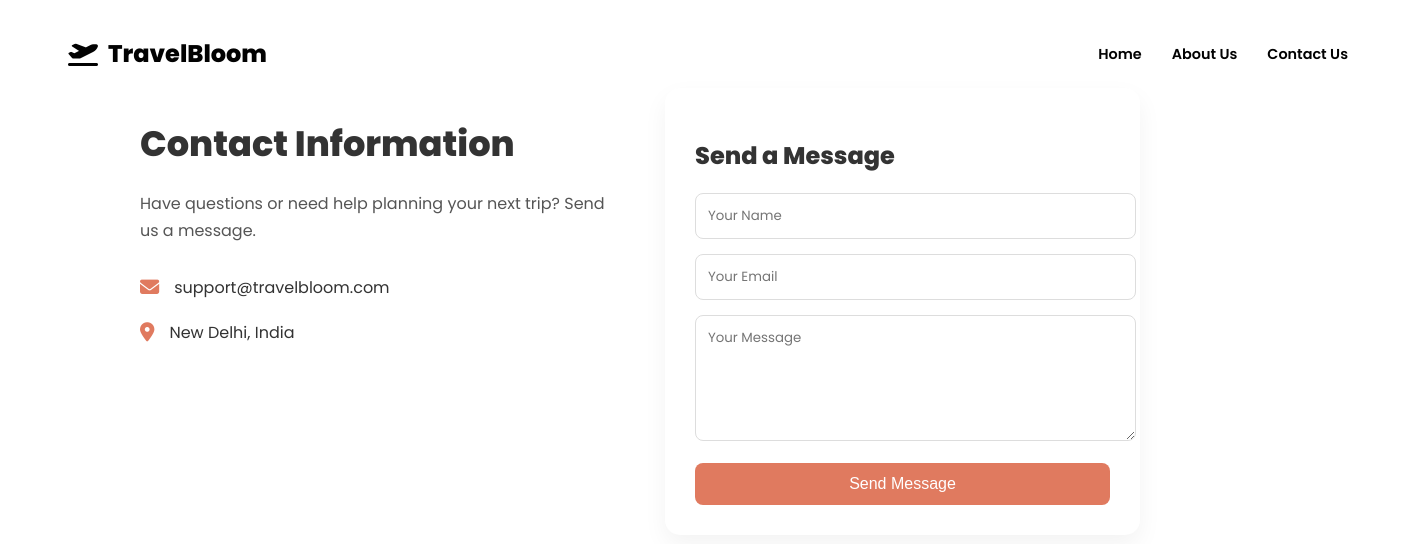
Repository: LatikaAdhikari064/TravelBloom_Project
Page: contact.html
These files come from the project's save history. The page is drawn as it stood at one moment and after a run of saves; the edit follows.
The browser window is 1280 px wide. The page is 1408 px wide, then 1280 px, so the pictures cover 1408 px, including what lies to the right of the window. The pictures show the whole page.

Above is the page before, as saved 2026-01-08 20:56:30.

### contact.html
<!DOCTYPE html>
<html lang="en">
<head>
    <meta charset="UTF-8">
    <meta name="viewport" content="width=device-width, initial-scale=1.0">
    <title>Contact Us - TravelBloom</title>

    <!-- Fonts & Icons -->
    <link href="https://fonts.googleapis.com/css2?family=Poppins:wght@300;400;600;800&display=swap" rel="stylesheet">
    <link rel="stylesheet" href="https://cdnjs.cloudflare.com/ajax/libs/font-awesome/6.4.0/css/all.min.css">

    <!-- CSS -->
    <link rel="stylesheet" href="contact.css">
</head>
<body>

    <nav class="navbar">
        <div class="logo">
            <i class="fas fa-plane-departure"></i> TravelBloom
        </div>
        <ul class="nav-links">
            <li><a href="/">Home</a></li>
            <li><a href="about.html">About Us</a></li>
            <li><a href="contact.html">Contact Us</a></li>
        </ul>
    </nav>
    <!-- CONTACT SECTION -->
    <section class="contact-section">
        <div class="contact-container">

            <!-- INFO -->
            <div class="contact-info">
                <h2>Contact Information</h2>
                <p>Have questions or need help planning your next trip? Send us a message.</p>

                <div class="info-item">
                    <i class="fas fa-envelope"></i>
                    <span>support@travelbloom.com</span>
                </div>

                <div class="info-item">
                    <i class="fas fa-map-marker-alt"></i>
                    <span>New Delhi, India</span>
                </div>
            </div>

            <!-- FORM -->
            <form class="contact-form">
                <h2>Send a Message</h2>

                <input type="text" placeholder="Your Name" required>
                <input type="email" placeholder="Your Email" required>
                <textarea placeholder="Your Message" rows="5" required></textarea>

                <button type="submit">Send Message</button>
            </form>

        </div>
    </section>

</body>
</html>

### contact.css
/* --- CONTACT PAGE STYLES --- */

body {
    font-family: 'Poppins', sans-serif;
}
/* --- Navigation Bar --- */
.navbar {
    position: absolute; /* Sits transparently over the hero image */
    top: 0;
    width: 100%;
    display: flex;
    justify-content: space-between;
    align-items: center;
    padding: 25px 60px;
    z-index: 100; /* Ensures nav is above everything */
    color: rgb(2, 2, 2);
}

.logo {
    font-size: 1.5rem;
    font-weight: 800;
    display: flex;
    align-items: center;
    gap: 10px;
}

.nav-links {
    list-style: none;
    display: flex;
    gap: 30px;
}

.nav-links a {
    text-decoration: none;
    color: rgb(2, 2, 2);
    font-weight: 600;
    font-size: 0.9rem;
    transition: color 0.3s ease;
}

.nav-links a:hover {
    color: #E07A5F; /* Coral accent color */
}

.contact-hero h1 {
    font-size: 3rem;
    font-weight: 800;
}

.contact-hero p {
    font-size: 1.1rem;
    opacity: 0.9;
}

/* SECTION */
.contact-section {
    padding: 80px 20px;
    background:white;
}

.contact-container {
    max-width: 1000px;
    margin: auto;
    display: grid;
    grid-template-columns: 1fr 1fr;
    gap: 50px;
}

/* INFO */
.contact-info h2 {
    font-size: 2.2rem;
    margin-bottom: 20px;
    color: #333;
}

.contact-info p {
    color: #555;
    margin-bottom: 30px;
    line-height: 1.7;
}

.info-item {
    display: flex;
    align-items: center;
    gap: 15px;
    margin-bottom: 20px;
    color: #333;
}

.info-item i {
    color: #E07A5F;
    font-size: 1.2rem;
}

/* FORM */
.contact-form {
    background: white;
    padding: 30px;
    border-radius: 15px;
    box-shadow: 0 10px 25px rgba(0,0,0,0.05);
}

.contact-form h2 {
    margin-bottom: 20px;
    color: #333;
}

.contact-form input,
.contact-form textarea {
    width: 100%;
    padding: 12px;
    margin-bottom: 15px;
    border-radius: 8px;
    border: 1px solid #ddd;
    font-family: inherit;
}

.contact-form input:focus,
.contact-form textarea:focus {
    outline: none;
    border-color: #E07A5F;
}

.contact-form button {
    width: 100%;
    padding: 12px;
    background: #E07A5F;
    border: none;
    color: white;
    font-size: 1rem;
    border-radius: 8px;
    cursor: pointer;
    transition: background 0.3s;
}

.contact-form button:hover {
    background: #cf6a52;
}

/* RESPONSIVE */
@media (max-width: 768px) {
    .contact-container {
        grid-template-columns: 1fr;
    }

    .contact-hero h1 {
        font-size: 2.2rem;
    }
}

After the next 2 saves:
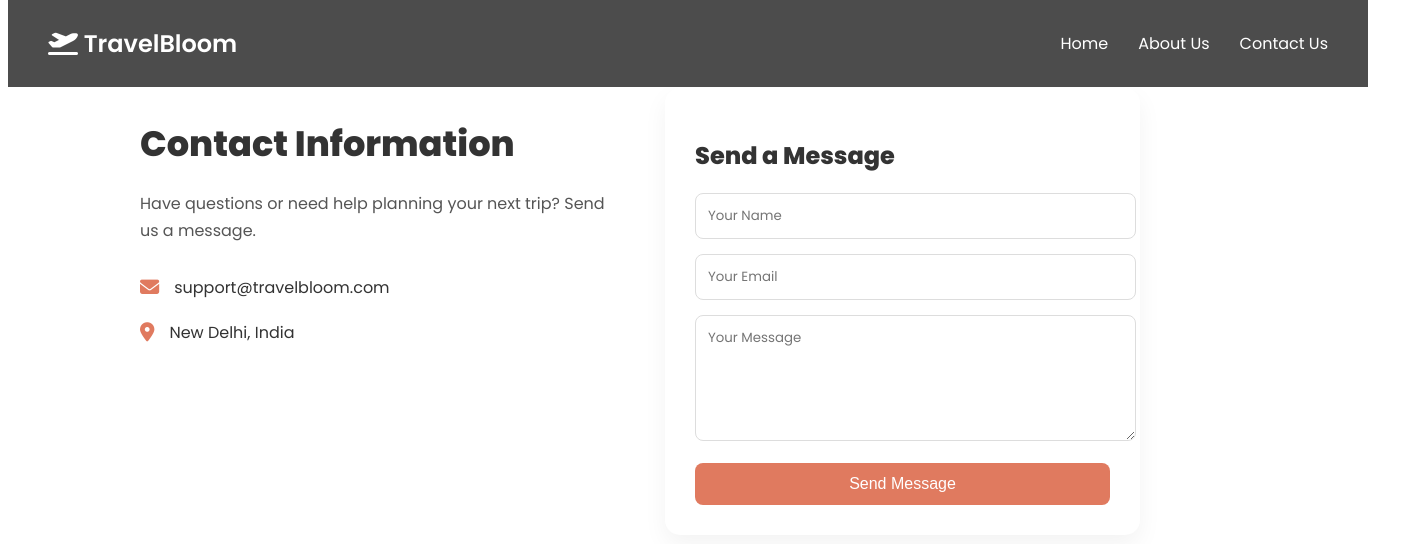
The 2 saves are shown as one change because they came seconds apart.
The last was saved 17 s later.
--- a/contact.css
+++ b/contact.css
@@ -5,23 +5,22 @@ body {
 }
 /* --- Navigation Bar --- */
 .navbar {
-    position: absolute; /* Sits transparently over the hero image */
+    position: fixed;
     top: 0;
     width: 100%;
+    padding: 15px 40px;
     display: flex;
     justify-content: space-between;
     align-items: center;
-    padding: 25px 60px;
-    z-index: 100; /* Ensures nav is above everything */
-    color: rgb(2, 2, 2);
+    background: rgba(0, 0, 0, 0.7);
+    backdrop-filter: blur(8px);
+    z-index: 1000;
 }
 
 .logo {
     font-size: 1.5rem;
-    font-weight: 800;
-    display: flex;
-    align-items: center;
-    gap: 10px;
+    font-weight: 600;
+    color: white;
 }
 
 .nav-links {
@@ -32,14 +31,14 @@ body {
 
 .nav-links a {
     text-decoration: none;
-    color: rgb(2, 2, 2);
-    font-weight: 600;
-    font-size: 0.9rem;
-    transition: color 0.3s ease;
+    color: white;
+    font-weight: 400;
+    transition: color 0.3s;
 }
 
-.nav-links a:hover {
-    color: #E07A5F; /* Coral accent color */
+.nav-links a:hover,
+.nav-links a.active {
+    color: #E07A5F;
 }
 
 .contact-hero h1 {
